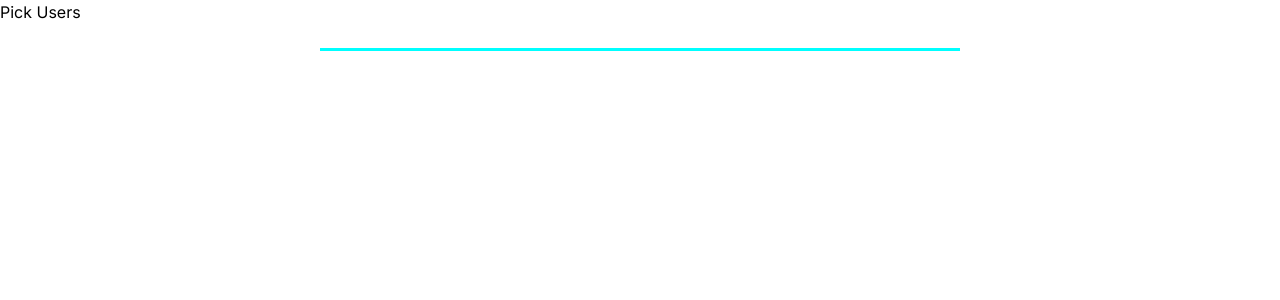
Repository: drumsmanku/chip-app
Page: /
These files come from the project's save history. The page is drawn as it stood at one moment and after the next save; the edit follows.
The browser window is 1280 px wide. The pictures show the whole page.
The project was rebuilt for these pictures with package versions that can differ from the ones it lists, and the page was loaded fresh each time. The framework's server and built-in components were replaced by stand-ins that run in the browser. Also part of the build but not shown: next.config.js, components/Chip/Chip.module.css, components/Chip/Chip.tsx.

Above is the page before, as saved 2024-01-16 19:25:08.

After the next save:
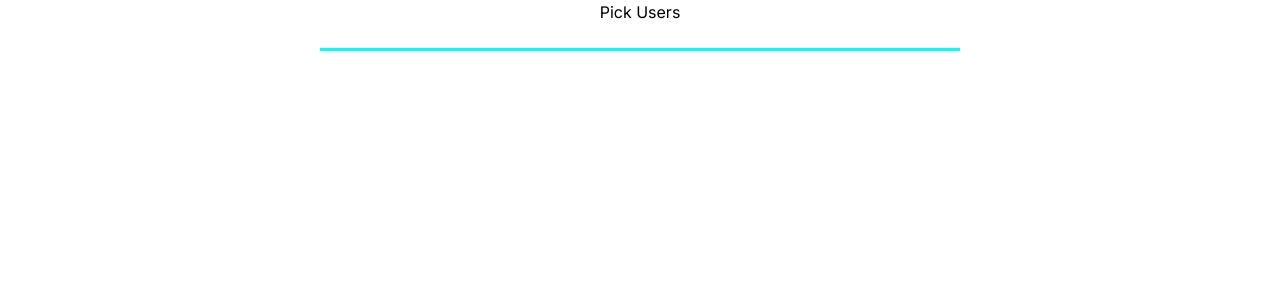
Saved 24 s later.
--- a/pages/HomePage.tsx
+++ b/pages/HomePage.tsx
@@ -5,7 +5,7 @@ import ChipInput from '@/components/ChipInput/ChipInput';
 const HomePage: React.FC = () => {
   const availableSuggestions = ["Alice", "Bob", "Charlie", "Dave"];
   return (
-    <div className=' w-[100%] justify-center'>
+    <div className=' w-[100%] text-center '>
       <h1>Pick Users</h1>
       <ChipInput availableSuggestions={availableSuggestions} />
     </div>
